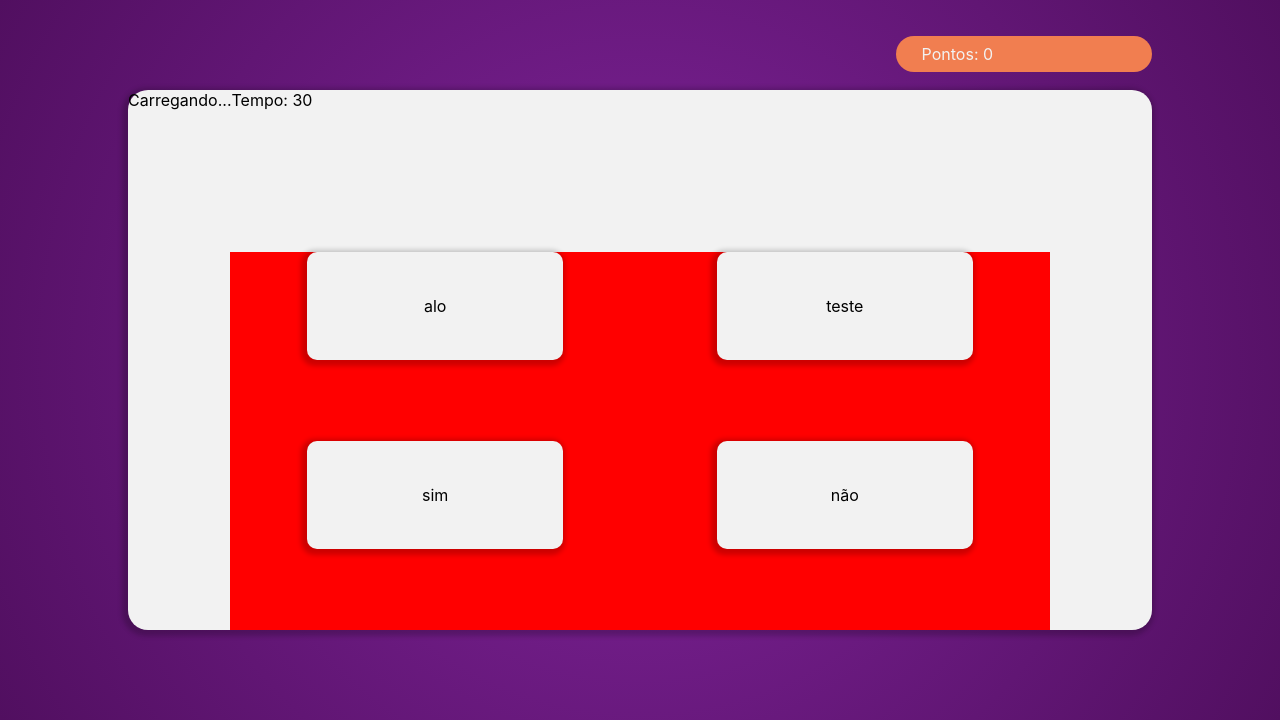
Repository: gabrielejandres/bd-final-project
Page: /play (app in frontend/)
An editor plug-in stored every save of this project. The page is shown before and after the next save, followed by the edit.
The browser window is 1280 px wide. The pictures show the whole page.
The project was rebuilt for these pictures with package versions that can differ from the ones it lists, and the page was loaded fresh each time. Also part of the build but not shown: frontend/src/App.css, frontend/src/components/Button/index.jsx, frontend/src/components/Logo/style.css, frontend/src/components/Logo/index.jsx, frontend/src/components/Footer/Login/index.jsx, frontend/src/pages/Login/index.jsx, frontend/src/components/Footer/Home/style.css, frontend/src/components/Footer/Home/index.jsx and 1 more.

Above is the page before, as saved 2022-03-05 23:19:40.

### frontend/src/App.js
import './App.css';
import Login from './pages/Login/index.jsx'
import Home from './pages/Home/index.jsx'
import Play from './pages/Play/index.jsx';
import {BrowserRouter, Route, Routes} from 'react-router-dom';


function App() {
  return (
    <div>
      <BrowserRouter>
          <Routes>
            <Route path="/login" element={<Login/>}/>
            <Route path="/" element={<Home/>}/>
            <Route path="/play" element={<Play/>}/>
          </Routes>
      </BrowserRouter>
    </div>
  );
}

export default App;

### frontend/src/pages/Play/index.jsx
import { useEffect, useState } from 'react'
import './style.css'

export default function Play(){

  const [score, setScore] = useState(0)
  const [question, setQuestion] = useState('Carregando...')
  const [options, setOptions] = useState(['alo', 'teste', 'sim', 'não'])
  const [answer, setAnswer] = useState('sim')
  const [time, setTime] = useState(30)
  const [correct, setCorrect] = useState(false)

  const checkAnswer = (option) =>{
    if(option === answer){
      setTime(0)
      setScore(time*10);
      setCorrect(true);
    } else{
      setTime(0)
      setScore(0);
      setCorrect(false);
    }
  }


  useEffect(()=>{

  }, [score])

  return (
    <div className="main-page">
      <div className="score">
        <div className="score-text">Pontos: {score}</div>
      </div>
      <div className="game-container">
        <div className="game-header">
          <div className="game-question">
            {question}
          </div>
          <div className="game-timer">
            Tempo: {time}
          </div>
        </div>
        <div className="game-content" style={{'background-color': correct ? 'green' : 'red'}}>
          {options.map((option) => {
            return(
              <div className="game-options" onClick={()=>{checkAnswer(option)}}>
                {option}
              </div>
            )
            })}
        </div>
      </div>
    </div>
  )
}

### frontend/src/pages/Login/style.css
@import url('https://fonts.googleapis.com/css2?family=Montserrat:wght@100;400;700;900&display=swap');

:root {
    --color-brand-primary: #510F60;
    --color-brand-secondary: #F17E50;

    --color-neutral-lightest: #F2F2F2;
    --color-neutral-medium: rgba(133,133,133, 1);
    --color-neutral-darkest: #363636;

    --primary-brand-font: 'Montserrat', sans-serif;
}

.main-page {
  background-image: radial-gradient(circle, #81249C, var(--color-brand-primary));

  height: 100vh;

  display: flex;
  justify-content: center;
  align-items: center;
}

.logo img {
  height: 15vh;

  display: flex;
  justify-content: center;
  align-items: center;
}

.container-login {
  width: 40vw;
  height: 60vh;

  display: flex;
  align-items: center;
  justify-content: center;
  flex-direction: column;

  background-color: var(--color-neutral-lightest);

  border-radius: 20px;
  box-shadow: -2px 2px 5px 4px rgba(0,0,0,0.2) ;
}

.access-area {
  display: flex;
  justify-content: center;

  width: 35vw;
}

.user-interaction {
  display: flex;
  align-items: center;
  flex-direction: column;
  justify-content: center;

  margin-left: 1.5vw;
}

.profile {
  width: auto;
  height: auto;

  margin-top: 30px;
  margin-bottom: 50px;
}

.profile img {
  height: 150px;
  width: auto;
}

.input{
  border-radius: 10px;
  border: 1px solid var(--color-neutral-medium);

  height: 24px;
  width: 12vw;

  margin-bottom: 2.5vh;
  padding: 1vh;

  background-color: rgba(133,133,133, 0.2);

  font-family: var(--primary-brand-font);
}

input:focus {
  outline: none;
}

.container-footer {
  width: 100%;

  display: flex;
  align-items: center;
  justify-content: center;
}

.continue-button {
  display: flex;
  align-items: center;
  justify-content: center;
}

### frontend/src/pages/Home/style.css
@import url('https://fonts.googleapis.com/css2?family=Montserrat:wght@100;400;700;900&display=swap');

:root{
    --color-brand-primary: #510F60;
    --color-brand-secondary: #F17E50;
    --color-neutral-lightest: #F2F2F2;
    --primary-brand-font: 'Montserrat', sans-serif;
}

.container{
    width: 35vw;
    height: 65vh;
    display: flex;
    align-items: center;
    justify-content: center;
    flex-direction: column;
    background-color: var(--color-neutral-lightest);
    border-radius: 20px;
    box-shadow: -2px 2px 5px 4px rgba(0,0,0,0.2) ;
    color: var(--color-neutral-darkest);
}

.container-content{
    display: flex;
    flex-direction: column;
    align-items: center;
    height: 80%;
    margin-top: 50px;
}

.buttons-area{
    display: flex;
    flex-direction: column;
    height: 26vh;
    align-items: center;
    justify-content: space-evenly;
    width: 100%;
    margin-top: 5.5vh;
}

.logo {
    width: 35vw;
    display: flex;
    justify-content: center;
    align-items: center;
}

### frontend/src/pages/Play/style.css
:root{
  --color-neutral-lightest: #F2F2F2;
}

.game-container{
  width: 80vw;
  height: 75vh;
  display: flex;
  align-items: center;
  justify-content: center;
  flex-direction: column;
  background-color: var(--color-neutral-lightest);
  border-radius: 20px;
  box-shadow: -2px 2px 5px 4px rgba(0,0,0,0.2) ;
}

.score{
  position: absolute;
  right: 10vw;
  top: 5vh;
  width: 20vw;
  height: 5vh;
  background-color: var(--color-brand-secondary);
  display: flex;
  align-items: center;
  border-radius: 20px;
}

.score-text{
  margin-left: 2vw;
  color: var(--color-neutral-lightest);
}

.game-header{
  display: flex;
  align-items: flex-start;
  height: 30%;
  width: 100%;
}

.game-content{
  display: inline-grid;
  grid-template-columns: auto auto;
  height: 70%;
  width: 80%;
  justify-items: center;
}

.game-options{
  width: 20vw;
  height: 15vh;
  background-color: var(--color-neutral-lightest);
  box-shadow: -2px 2px 5px 4px rgba(0,0,0,0.2);
  cursor: pointer;
  display: flex;
  align-items: center;
  justify-content: center;
  border-radius: 10px;
}

### frontend/src/components/Button/style.css
@import url('https://fonts.googleapis.com/css2?family=Montserrat:wght@100;400;500;700;900&display=swap');

:root{
    --color-brand-primary: #510F60;
    --color-brand-secondary: #F17E50;

    --color-neutral-lightest: #F2F2F2;
    --color-neutral-darkest: #363636;

    --primary-brand-font: 'Montserrat', sans-serif;
}

.button {
  cursor: pointer;

  border-radius:30px;
  border: 1px solid var(--color-neutral-lightest);
  box-shadow: 0 0 0.25rem 0 grey,
              0 -0.25rem 1.5rem rgba(255, 255, 255, 0.1) inset,
              0 0.75rem 0.5rem rgba(255,255,255, 0.4) inset,
              0 0.25rem 0.5rem 0 rgba(255, 255, 255, 0.3) inset;

  line-height: 2.5rem;
  font-family: var(--primary-brand-font);
  font-weight: 500;

  height: 4vh;

  display: flex;
  align-items: center;
  justify-content: center;

  background-image: linear-gradient(-180deg, var(--color-brand-secondary) 0%, #E66038 100%);

  color: var(--color-neutral-lightest);

  padding: 2.5vh;
}

### frontend/src/components/Footer/Login/style.css
@import url('https://fonts.googleapis.com/css2?family=Montserrat:wght@100;400;700;900&display=swap');

:root {
    --color-brand-primary: #510F60;
    --color-brand-secondary: #F17E50;

    --color-neutral-lightest: #F2F2F2;
    --color-neutral-medium: rgba(133,133,133, 1);
    --color-neutral-darkest: #363636;

    --primary-brand-font: 'Montserrat', sans-serif;
}

.text-login hr{
    width: 6vw;
    border: 0;
    height: 1.90px;
    background-color: var(--color-neutral-medium);
    margin-top: 1.2vh;
    margin-left: 0.5vw;
    margin-right: 0.5vw;
}

.text-login {
    display: flex;
    justify-content:center;
    align-items: center;

    color: var(--color-neutral-darkest);

    font-family: var(--primary-brand-font);
}

.login-icons {
    display: flex;
    justify-content: center;
}

.login-icons img {
    width: auto;
    height: 35px;

    padding: 0.5vw;
}

Loaded but not shown: frontend/public/index.html (common file); frontend/src/index.js (common file); frontend/src/index.css (common file)

After the next save:
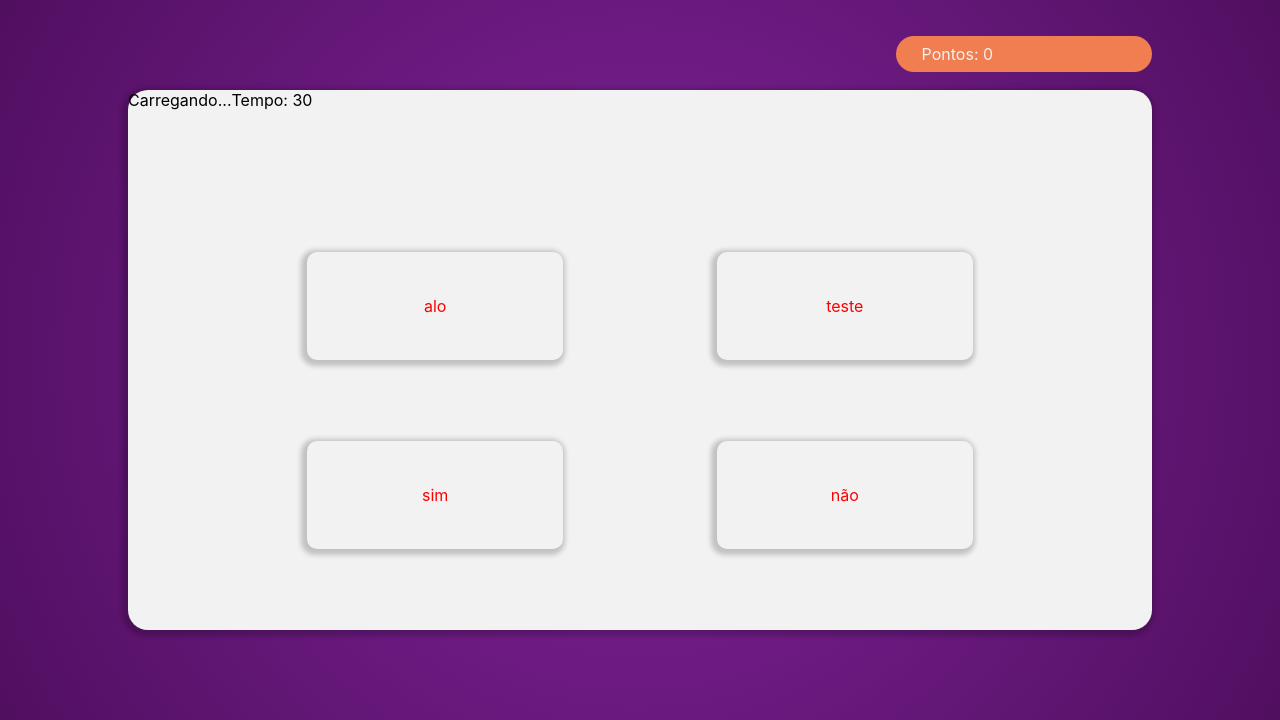
Saved 18 s later.
--- a/frontend/src/pages/Play/index.jsx
+++ b/frontend/src/pages/Play/index.jsx
@@ -41,7 +41,7 @@
             Tempo: {time}
           </div>
         </div>
-        <div className="game-content" style={{'background-color': correct ? 'green' : 'red'}}>
+        <div className="game-content" style={{'color': correct ? 'green' : 'red'}}>
           {options.map((option) => {
             return(
               <div className="game-options" onClick={()=>{checkAnswer(option)}}>

After the save that followed:
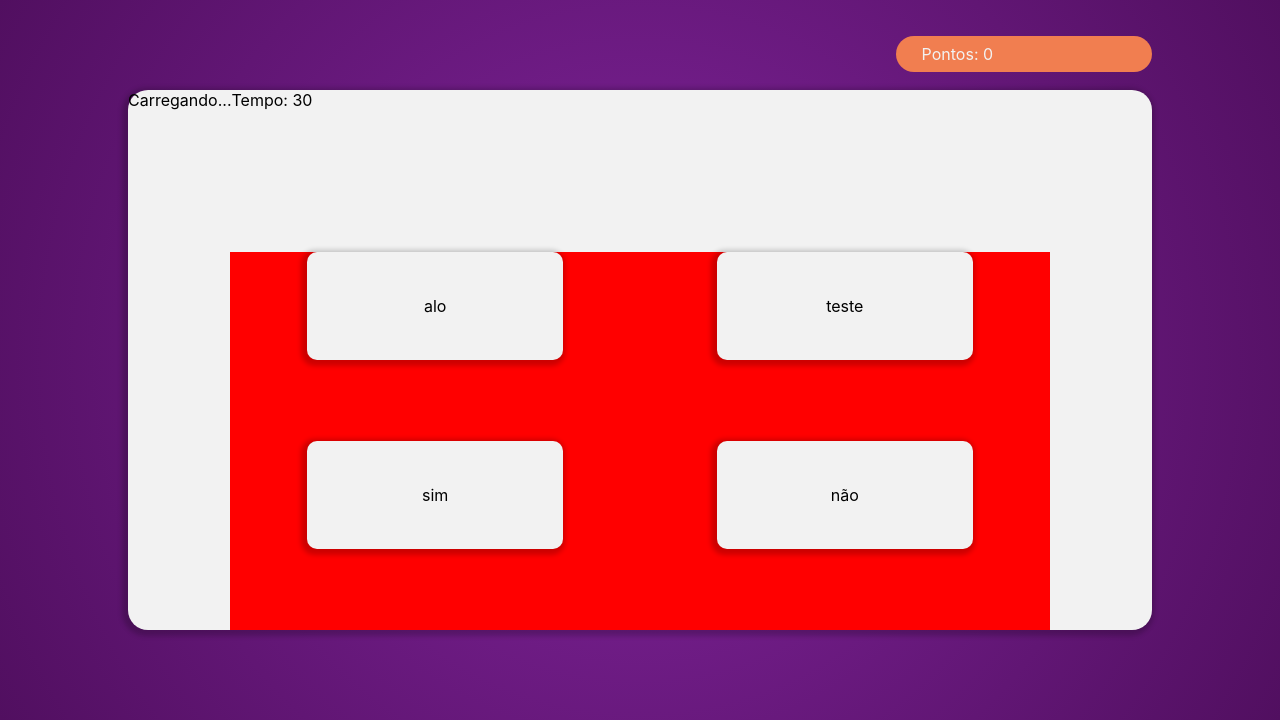
Saved 50 s later.
--- a/frontend/src/pages/Play/index.jsx
+++ b/frontend/src/pages/Play/index.jsx
@@ -8,7 +8,7 @@
   const [options, setOptions] = useState(['alo', 'teste', 'sim', 'não'])
   const [answer, setAnswer] = useState('sim')
   const [time, setTime] = useState(30)
-  const [correct, setCorrect] = useState(false)
+  const [correct, setCorrect] = useState(undefined)
 
   const checkAnswer = (option) =>{
     if(option === answer){
@@ -41,7 +41,7 @@
             Tempo: {time}
           </div>
         </div>
-        <div className="game-content" style={{'color': correct ? 'green' : 'red'}}>
+        <div className="game-content" style={{'background-color': correct ? 'green' : 'red'}}>
           {options.map((option) => {
             return(
               <div className="game-options" onClick={()=>{checkAnswer(option)}}>
